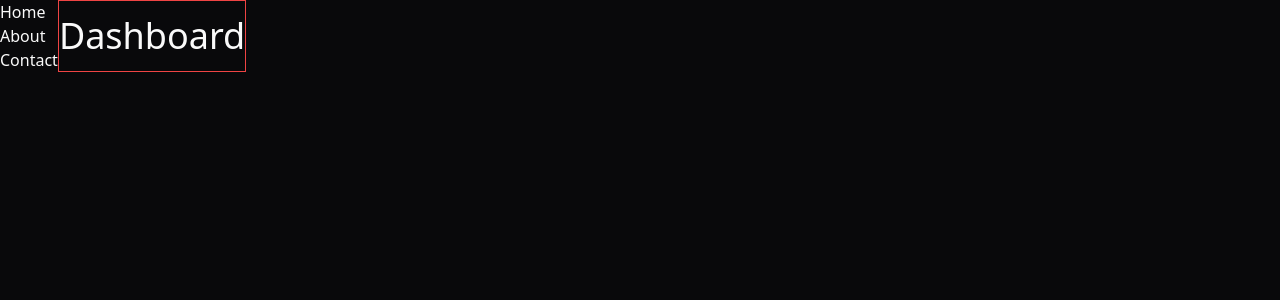
Repository: svoglimacci/recipe-app-tmp
Page: /app
An editor plug-in stored every save of this project. The page is shown before and after the next save, followed by the edit.
The browser window is 1280 px wide. The pictures show the whole page.
The project was rebuilt for these pictures with package versions that can differ from the ones it lists, and the page was loaded fresh each time. Also part of the build but not shown: vite.config.ts, src/components/Recipe.tsx, src/components/RecipeList.tsx, src/components/RecipeCard.tsx, src/views/Login.tsx, src/views/Landing.tsx, src/views/Home.tsx.

Above is the page before, as saved 2024-01-30 13:50:51.

### src/App.tsx
import { ThemeProvider } from "@/components/ui/theme-provider"
import { RouterProvider } from "react-router-dom"
import { router } from "@/router"

function App() {
  return (
    <ThemeProvider defaultTheme="dark" storageKey="vite-ui-theme">
    <RouterProvider router={router}/>
  </ThemeProvider>
  )
}

export default App

### src/components/ui/theme-provider.tsx
import { createContext, useContext, useEffect, useState } from "react"

type Theme = "dark" | "light" | "system"

type ThemeProviderProps = {
  children: React.ReactNode
  defaultTheme?: Theme
  storageKey?: string
}

type ThemeProviderState = {
  theme: Theme
  setTheme: (theme: Theme) => void
}

const initialState: ThemeProviderState = {
  theme: "system",
  setTheme: () => null,
}

const ThemeProviderContext = createContext<ThemeProviderState>(initialState)

export function ThemeProvider({
  children,
  defaultTheme = "system",
  storageKey = "vite-ui-theme",
  ...props
}: ThemeProviderProps) {
  const [theme, setTheme] = useState<Theme>(
    () => (localStorage.getItem(storageKey) as Theme) || defaultTheme
  )

  useEffect(() => {
    const root = window.document.documentElement

    root.classList.remove("light", "dark")

    if (theme === "system") {
      const systemTheme = window.matchMedia("(prefers-color-scheme: dark)")
        .matches
        ? "dark"
        : "light"

      root.classList.add(systemTheme)
      return
    }

    root.classList.add(theme)
  }, [theme])

  const value = {
    theme,
    setTheme: (theme: Theme) => {
      localStorage.setItem(storageKey, theme)
      setTheme(theme)
    },
  }

  return (
    <ThemeProviderContext.Provider {...props} value={value}>
      {children}
    </ThemeProviderContext.Provider>
  )
}

export const useTheme = () => {
  const context = useContext(ThemeProviderContext)

  if (context === undefined)
    throw new Error("useTheme must be used within a ThemeProvider")

  return context
}

### src/router/index.tsx
import { createBrowserRouter } from "react-router-dom";
import { Home, Login, Landing, Dashboard } from "@/views";
import { Recipe, RecipeList } from "@/components";

const router = createBrowserRouter([
  {
    path: "/",
    element: <Landing />,
  },
  {
    path: "/login",
    element: <Login />,
  },
  {
   path: "/app",
    element: <Dashboard />,
    children: [
      {
        path: "",
        element: <Home />,
      },
      {
        path: "recipes",
        element: <RecipeList />,
      },
      {
        path: "recipes/:id",
        element: <Recipe />,
      }
    ],
  }
])

export { router }

### src/views/index.tsx
import { Dashboard } from "./Dashboard";
import { Login } from "./Login";
import { Landing } from "./Landing";
import { Home } from "./Home";

export { Dashboard, Login, Landing, Home };

### src/components/index.tsx
import { Recipe } from "./Recipe";
import { RecipeList } from "./RecipeList";
import { RecipeCard } from "./RecipeCard";
import { DashboardHeader } from "./DashboardHeader";
import { MobileNav } from "./BurgerMenu";

export {
  Recipe,
  RecipeList,
  RecipeCard,
  DashboardHeader,
  MobileNav
}

### src/views/Dashboard.tsx
import { DashboardHeader } from '@/components';
import { Nav } from '@/components/Nav';


function Dashboard() {
  return (
    <>
      <DashboardHeader />
      <div className="flex flex-row relative p-0 border-red-500">
      <Nav />
      <main className="flex flex-col items-center justify-center border border-red-500">
        <h1 className="text-4xl text-primary">Dashboard</h1>
      </main>
      </div>
    </>
  )
}

export { Dashboard };

### src/components/DashboardHeader.tsx
import { ModeToggle } from "./ui/mode-toggle";
import { MobileNav } from "./BurgerMenu";

function DashboardHeader() {
  return(

  <header className="flex sticky top-0 z-50 md:hidden bg-secondary justify-between">
    <MobileNav />
    <ModeToggle />
  </header>
  )
}

export { DashboardHeader  };

### src/components/BurgerMenu.tsx
import { Menu } from "lucide-react";
import { Sheet, SheetContent, SheetHeader, SheetTrigger } from "./ui/sheet";

import { Button } from "./ui/button";

function MobileNav() {
  return (
    <nav className="md:hidden">
    <Sheet>
  <SheetTrigger asChild><Button variant="ghost" size="icon"><Menu/></Button></SheetTrigger>
  <SheetContent side="left">
    <SheetHeader>

    </SheetHeader>
  </SheetContent>
</Sheet>
</nav>

  )
}

export { MobileNav  };

### src/components/Nav.tsx

function Nav() {
  return (
  <nav className="flex flex-row">
  <ul className="flex flex-col justify-between">
    <li className="text-primary">Home</li>
    <li className="text-primary">About</li>
    <li className="text-primary">Contact</li>
  </ul>
</nav>

  )
}

export { Nav  };

### src/components/ui/mode-toggle.tsx
import { Moon, Sun } from "lucide-react"

import { Button } from "@/components/ui/button"
import { useTheme } from "@/components/ui/theme-provider"

export function ModeToggle() {
  const { theme, setTheme } = useTheme()

  return (
    <Button
      aria-label="Toggle theme"
      onClick={() => setTheme(theme === "dark" ? "light" : "dark")}
      variant="ghost"
      size="icon"
    >
      <Sun className="h-[1.2rem] w-[1.2rem] rotate-0 scale-100 transition-all dark:-rotate-90 dark:scale-0" />
      <Moon className="absolute h-[1.2rem] w-[1.2rem] rotate-90 scale-0 transition-all dark:rotate-0 dark:scale-100" />
    </Button>
  )
}

### src/components/ui/sheet.tsx
import * as React from "react"
import * as SheetPrimitive from "@radix-ui/react-dialog"
import { cva, type VariantProps } from "class-variance-authority"
import { X } from "lucide-react"

import { cn } from "@/lib/utils"
import { Button } from "./button"

const Sheet = SheetPrimitive.Root

const SheetTrigger = SheetPrimitive.Trigger

const SheetClose = SheetPrimitive.Close

const SheetPortal = SheetPrimitive.Portal

const SheetOverlay = React.forwardRef<
  React.ElementRef<typeof SheetPrimitive.Overlay>,
  React.ComponentPropsWithoutRef<typeof SheetPrimitive.Overlay>
>(({ className, ...props }, ref) => (
  <SheetPrimitive.Overlay
    className={cn(
      "fixed inset-0 z-50 bg-black/80  data-[state=open]:animate-in data-[state=closed]:animate-out data-[state=closed]:fade-out-0 data-[state=open]:fade-in-0",
      className
    )}
    {...props}
    ref={ref}
  />
))
SheetOverlay.displayName = SheetPrimitive.Overlay.displayName

const sheetVariants = cva(
  "fixed z-50 gap-4 bg-background p-6 shadow-lg transition ease-in-out data-[state=open]:animate-in data-[state=closed]:animate-out data-[state=closed]:duration-300 data-[state=open]:duration-500",
  {
    variants: {
      side: {
        top: "inset-x-0 top-0 border-b data-[state=closed]:slide-out-to-top data-[state=open]:slide-in-from-top",
        bottom:
          "inset-x-0 bottom-0 border-t data-[state=closed]:slide-out-to-bottom data-[state=open]:slide-in-from-bottom",
        left: "inset-y-0 left-0 h-full w-3/4 border-r data-[state=closed]:slide-out-to-left data-[state=open]:slide-in-from-left sm:max-w-sm",
        right:
          "inset-y-0 right-0 h-full w-3/4  border-l data-[state=closed]:slide-out-to-right data-[state=open]:slide-in-from-right sm:max-w-sm",
      },
    },
    defaultVariants: {
      side: "right",
    },
  }
)

interface SheetContentProps
  extends React.ComponentPropsWithoutRef<typeof SheetPrimitive.Content>,
    VariantProps<typeof sheetVariants> {}

const SheetContent = React.forwardRef<
  React.ElementRef<typeof SheetPrimitive.Content>,
  SheetContentProps
>(({ side = "right", className, children, ...props }, ref) => (
  <SheetPortal>
    <SheetOverlay />
    <SheetPrimitive.Content
      ref={ref}
      className={cn(sheetVariants({ side }), className)}
      {...props}
    >
      {children}
      <SheetPrimitive.Close className="absolute right-4 top-4 rounded-sm opacity-70 ring-offset-background transition-opacity hover:opacity-100 focus:outline-none focus:ring-2 focus:ring-ring focus:ring-offset-2 disabled:pointer-events-none data-[state=open]:bg-secondary">
        <Button variant="ghost" size="icon">
        <X/>
        </Button>
        <span className="sr-only">Close</span>
      </SheetPrimitive.Close>
    </SheetPrimitive.Content>
  </SheetPortal>
))
SheetContent.displayName = SheetPrimitive.Content.displayName

const SheetHeader = ({
  className,
  ...props
}: React.HTMLAttributes<HTMLDivElement>) => (
  <div
    className={cn(
      "flex flex-col space-y-2 text-center sm:text-left",
      className
    )}
    {...props}
  />
)
SheetHeader.displayName = "SheetHeader"

const SheetFooter = ({
  className,
  ...props
}: React.HTMLAttributes<HTMLDivElement>) => (
  <div
    className={cn(
      "flex flex-col-reverse sm:flex-row sm:justify-end sm:space-x-2",
      className
    )}
    {...props}
  />
)
SheetFooter.displayName = "SheetFooter"

const SheetTitle = React.forwardRef<
  React.ElementRef<typeof SheetPrimitive.Title>,
  React.ComponentPropsWithoutRef<typeof SheetPrimitive.Title>
>(({ className, ...props }, ref) => (
  <SheetPrimitive.Title
    ref={ref}
    className={cn("text-lg font-semibold text-foreground", className)}
    {...props}
  />
))
SheetTitle.displayName = SheetPrimitive.Title.displayName

const SheetDescription = React.forwardRef<
  React.ElementRef<typeof SheetPrimitive.Description>,
  React.ComponentPropsWithoutRef<typeof SheetPrimitive.Description>
>(({ className, ...props }, ref) => (
  <SheetPrimitive.Description
    ref={ref}
    className={cn("text-sm text-muted-foreground", className)}
    {...props}
  />
))
SheetDescription.displayName = SheetPrimitive.Description.displayName

export {
  Sheet,
  SheetPortal,
  SheetOverlay,
  SheetTrigger,
  SheetClose,
  SheetContent,
  SheetHeader,
  SheetFooter,
  SheetTitle,
  SheetDescription,
}

### src/components/ui/button.tsx
import * as React from "react"
import { Slot } from "@radix-ui/react-slot"
import { cva, type VariantProps } from "class-variance-authority"

import { cn } from "@/lib/utils"

const buttonVariants = cva(
  "inline-flex items-center justify-center whitespace-nowrap rounded-md text-sm font-medium ring-offset-background transition-colors focus-visible:outline-none focus-visible:ring-2 focus-visible:ring-ring focus-visible:ring-offset-2 disabled:pointer-events-none disabled:opacity-50",
  {
    variants: {
      variant: {
        default: "bg-primary text-primary-foreground hover:bg-primary/90",
        destructive:
          "bg-destructive text-destructive-foreground hover:bg-destructive/90",
        outline:
          "border border-input bg-background hover:bg-accent hover:text-accent-foreground",
        secondary:
          "bg-secondary text-secondary-foreground hover:bg-secondary/80",
        ghost: "hover:bg-accent hover:text-accent-foreground",
        link: "text-primary underline-offset-4 hover:underline",
      },
      size: {
        default: "h-10 px-4 py-2",
        sm: "h-9 rounded-md px-3",
        lg: "h-11 rounded-md px-8",
        icon: "h-10 w-10",
      },
    },
    defaultVariants: {
      variant: "default",
      size: "default",
    },
  }
)

export interface ButtonProps
  extends React.ButtonHTMLAttributes<HTMLButtonElement>,
    VariantProps<typeof buttonVariants> {
  asChild?: boolean
}

const Button = React.forwardRef<HTMLButtonElement, ButtonProps>(
  ({ className, variant, size, asChild = false, ...props }, ref) => {
    const Comp = asChild ? Slot : "button"
    return (
      <Comp
        className={cn(buttonVariants({ variant, size, className }))}
        ref={ref}
        {...props}
      />
    )
  }
)
Button.displayName = "Button"

export { Button, buttonVariants }

Loaded but not shown: index.html (common file); src/main.tsx (common file); src/index.css (common file); src/lib/utils.ts (common file); tailwind.config.js (common file)

After the next save:
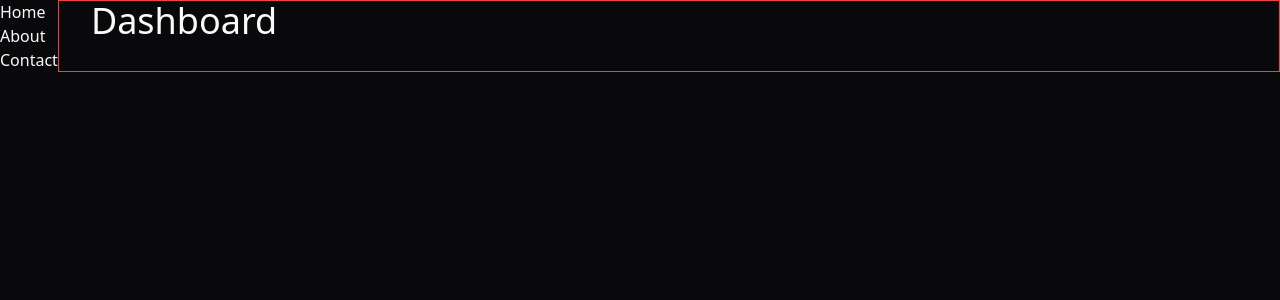
Saved 8 s later.
--- a/src/views/Dashboard.tsx
+++ b/src/views/Dashboard.tsx
@@ -8,7 +8,7 @@ function Dashboard() {
       <DashboardHeader />
       <div className="flex flex-row relative p-0 border-red-500">
       <Nav />
-      <main className="flex flex-col items-center justify-center border border-red-500">
+      <main className="container items-center justify-center border border-red-500">
         <h1 className="text-4xl text-primary">Dashboard</h1>
       </main>
       </div>
